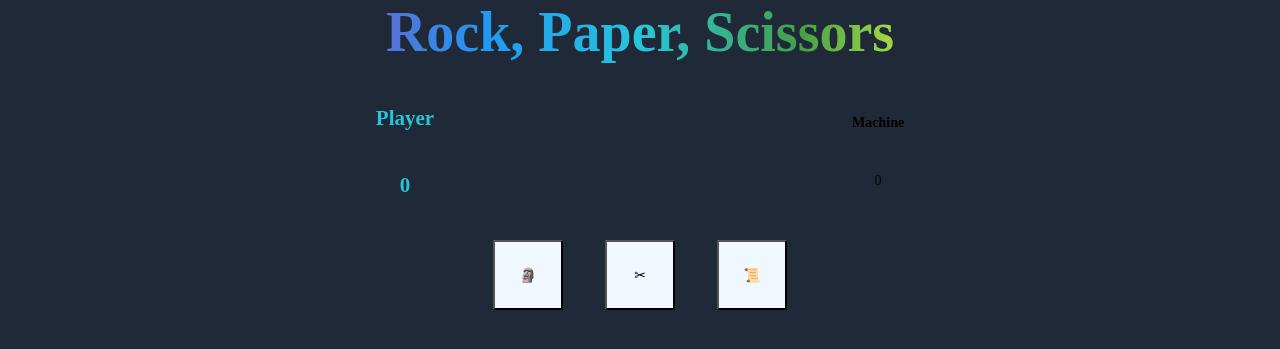
Repository: dung8466/RPS
Page: index.html
An editor plug-in stored every save of this project. The page is shown before and after the next save, followed by the edit.
The browser window is 1280 px wide. The pictures show the whole page.

Above is the page before, as saved 2022-07-01 20:19:25.

### index.html
<!DOCTYPE html>
<html lang="en">
<head>
    <meta charset="UTF-8">
    <meta http-equiv="X-UA-Compatible" content="IE=edge">
    <meta name="viewport" content="width=device-width, initial-scale=1.0">
    <title>Fun Game</title>
    <link rel="stylesheet" href="style.css">
    <script src="script.js" defer></script>
</head>
<body>
    <h1 class="header">
        Rock, Paper, Scissors
    </h1>
    <div class="score flex-box">
        <div class="player-score flex-box">
            <h2>Player</h2>
            <p id="player-score">0</p>
        </div>
        <div class="machine-score flex-box">
            <h2>Machine</h2>
            <p id="machine-score">0</p>
        </div>
    </div>
    <div class="board flex-box">
            <button class="rock btnChoice" data-selection>🗿</button>
            <button class="scissor btnChoice" data-selection>✂</button>
            <button class="paper btnChoice" data-selection>📜</button>
    </div>
</body>
</html>

### style.css
*{
    font-family: 'Times New Roman', Times, serif;
    font-size: 14px;
    margin: 0;
    padding: 0;
    background-color: #1f2937;
}

.flex-box{
    display: flex;
    align-items: center;
    justify-content: space-evenly;
    align-content: space-between;
    gap: 3em;
}
.header{
    font-size: 4em;
    font-weight: bold;
    background: linear-gradient(to right, #ef5350, #f48fb1, #7e57c2, #2196f3, #26c6da, #43a047, #eeff41, #f9a825, #ff5722);
    -webkit-background-clip: text;
    -webkit-text-fill-color: transparent;
    text-align: center;
}
.board{
    align-items: center;
    justify-content: center;
}
.board button {
    height: 5em;
    width: 5em;
    background-color: aliceblue;
    margin-top: 3em;
}

.score {
    margin-top: 3em;
}
.player-score, .machine-score{
    flex-direction: column;
    align-items: center;
}
.score .player-score p, .score .player-score h2{
    font-size: 1.5em;
    font-weight: bold;
    color: #26c6da;
}

### script.js
const selection = [
    {
        name: 'rock',
        emoji: '🗿',
        beats: 'scissors',
    },
    {
        name: 'paper',
        emoji: '📜',
        beats: 'rock',
    },
    {
        name: 'scissors',
        emoji: '✂',
        beats: 'paper',
    }
]
let playerSelection;
let computerSelection;
let playerScore = 0;
let computerScore = 0;
const images = ["src/rock.jpg", "src/paper.jpg", "src/scissors.jpg"];

After the next save:
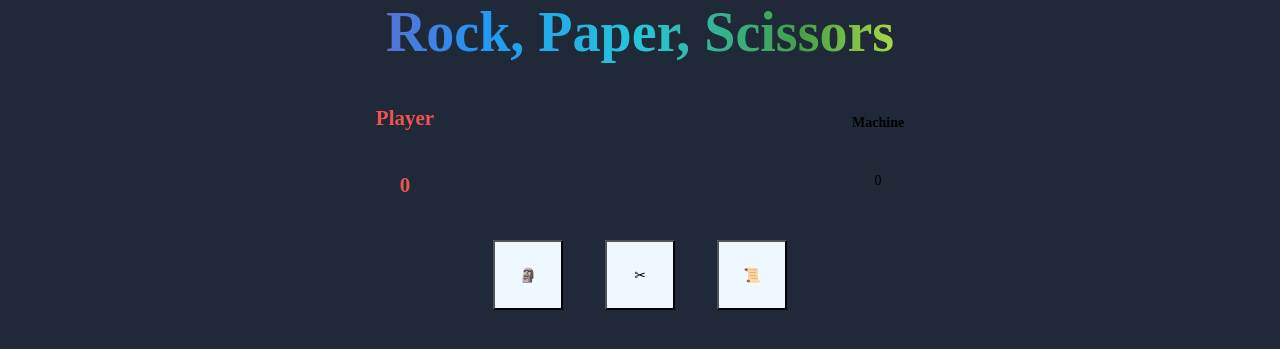
Saved 29 s later.
--- a/style.css
+++ b/style.css
@@ -44,3 +44,8 @@
     font-weight: bold;
     color: #26c6da;
 }
+.score .player-score p, .score .player-score h2{
+    font-size: 1.5em;
+    font-weight: bold;
+    color: #ef5350;
+}
